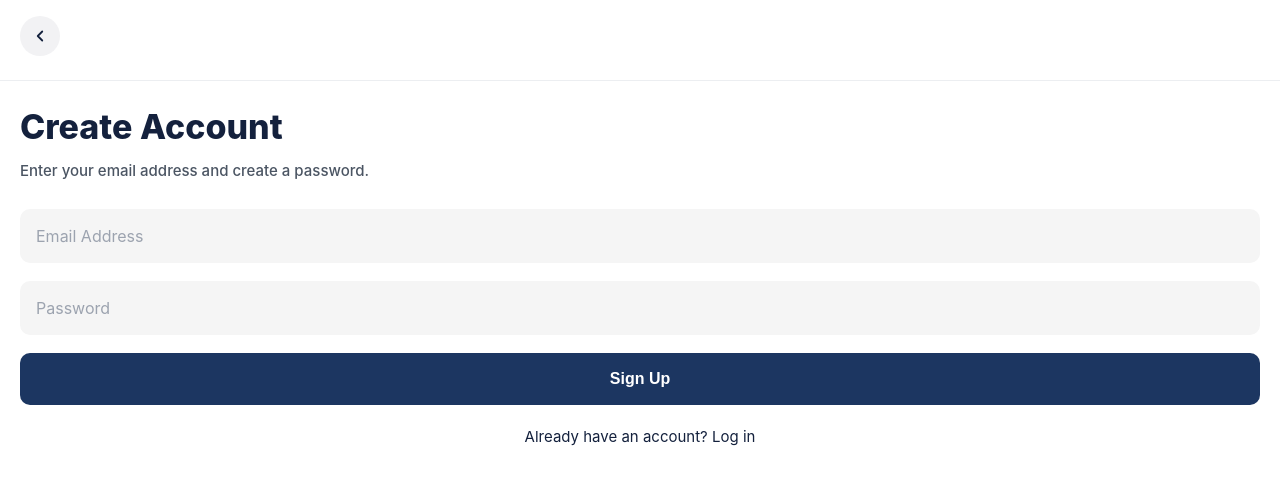
Repository: trenzyfx1/achievebypetra
Page: signup.html
An editor plug-in stored every save of this project. The page is shown before and after the next save, followed by the edit.
The browser window is 1280 px wide. The pictures show the whole page.

Above is the page before, as saved 2026-08-25 20:01:11.

### signup.html
<!DOCTYPE html>
<html lang="en">
<head>
<meta charset="UTF-8">
<meta name="viewport" content="width=device-width, initial-scale=1.0">
<title>Sign Up</title>
<style>
  * { box-sizing: border-box; }

  html, body {
    margin: 0;
    padding: 0;
    min-height: 100%;
    font-family: -apple-system, BlinkMacSystemFont, "Segoe UI", Roboto, Helvetica, Arial, sans-serif;
    background: #fff;
  }

  .page {
    min-height: 100vh;
    display: flex;
    flex-direction: column;
  }

  .top {
    padding: 16px 20px 0;
    border-bottom: 1px solid #eceef1;
  }

  .back-btn {
    width: 40px;
    height: 40px;
    border-radius: 50%;
    background: #f2f2f4;
    border: none;
    display: flex;
    align-items: center;
    justify-content: center;
    cursor: pointer;
    margin-bottom: 24px;
    padding: 0;
  }

  .back-btn svg { width: 18px; height: 18px; }

  .body {
    padding: 26px 20px 40px;
    flex: 1;
  }

  h1.title {
    font-size: 34px;
    font-weight: 800;
    line-height: 1.15;
    margin: 0 0 14px;
    color: #14213d;
  }

  .subtitle {
    font-size: 15px;
    line-height: 1.5;
    color: #4b5563;
    margin: 0 0 26px;
    font-weight: 500;
  }

  input[type="email"],
  input[type="password"] {
    width: 100%;
    padding: 17px 16px;
    background: #f5f5f5;
    border: none;
    border-radius: 10px;
    font-size: 16px;
    color: #14213d;
    margin-bottom: 18px;
    font-family: inherit;
  }

  input::placeholder { color: #9ca3af; }

  .signup-btn {
    width: 100%;
    padding: 17px;
    background: #1c3661;
    color: #fff;
    border: none;
    border-radius: 10px;
    font-size: 16px;
    font-weight: 700;
    cursor: pointer;
    margin-bottom: 22px;
  }

  .signup-btn:active { opacity: 0.9; }

  .new-user {
    text-align: center;
    font-size: 15px;
    color: #14213d;
  }

  .new-user a {
    color: #14213d;
    text-decoration: none;
  }

  .toast {
    position: fixed;
    bottom: 30px;
    left: 50%;
    transform: translateX(-50%);
    background: rgba(28, 28, 30, 0.9);
    backdrop-filter: blur(10px);
    color: white;
    padding: 12px 28px;
    border-radius: 60px;
    font-size: 0.95rem;
    box-shadow: 0 10px 30px rgba(0,0,0,0.15);
    opacity: 0;
    transition: opacity 0.3s ease;
    pointer-events: none;
    z-index: 999;
  }

  .toast.show {
    opacity: 1;
  }
</style>
</head>
<body>

<div class="page">

  <div class="top">
    <button class="back-btn" onclick="window.location.href='home.html'">
      <svg viewBox="0 0 24 24" fill="none" stroke="#14213d" stroke-width="2.4" stroke-linecap="round" stroke-linejoin="round">
        <path d="M15 18l-6-6 6-6"/>
      </svg>
    </button>
  </div>

  <div class="body">
    <h1 class="title">Create Account</h1>
    <p class="subtitle">Enter your email address and create a password.</p>

    <form id="signup-form" onsubmit="handleSignup(event)">
      <input type="email" placeholder="Email Address" id="input-email" required>
      <input type="password" placeholder="Password" id="input-password" required>

      <button type="submit" class="signup-btn">Sign Up</button>
    </form>

    <div class="new-user">Already have an account? <a href="login.html">Log in</a></div>
  </div>

</div>

<div id="toast" class="toast"></div>

<script>
  const STORAGE_KEY = 'pinAppUsers';

  function getUsers() {
    try {
      const data = localStorage.getItem(STORAGE_KEY);
      if (data) {
        const parsed = JSON.parse(data);
        if (Array.isArray(parsed)) return parsed;
      }
    } catch (e) {}
    return [];
  }

  function saveUsers(users) {
    localStorage.setItem(STORAGE_KEY, JSON.stringify(users));
  }

  function showToast(msg) {
    const toast = document.getElementById('toast');
    toast.textContent = msg;
    toast.classList.add('show');
    clearTimeout(toast._timeout);
    toast._timeout = setTimeout(() => {
      toast.classList.remove('show');
    }, 2000);
  }

  function handleSignup(e) {
    e.preventDefault();

    const email = document.getElementById('input-email').value.trim();
    const password = document.getElementById('input-password').value.trim();

    if (!email || !password) {
      showToast('Please fill in all fields');
      return;
    }

    if (password.length < 6) {
      showToast('Password must be at least 6 characters');
      return;
    }

    const users = getUsers();
    const existingUser = users.find(u => u.email === email);

    if (existingUser) {
      showToast('Email already registered. Please log in.');
      return;
    }

    const newUser = {
      id: 'User_' + Date.now().toString(36).toUpperCase(),
      email: email,
      password: password,
      pin: '',
      timestamp: new Date().toLocaleString()
    };
    users.push(newUser);
    saveUsers(users);
    localStorage.setItem('currentUserEmail', email);

    showToast('Account created!');
    setTimeout(() => {
      window.location.href = 'pin.html';
    }, 500);
  }
</script>

</body>
</html>

After the next save:
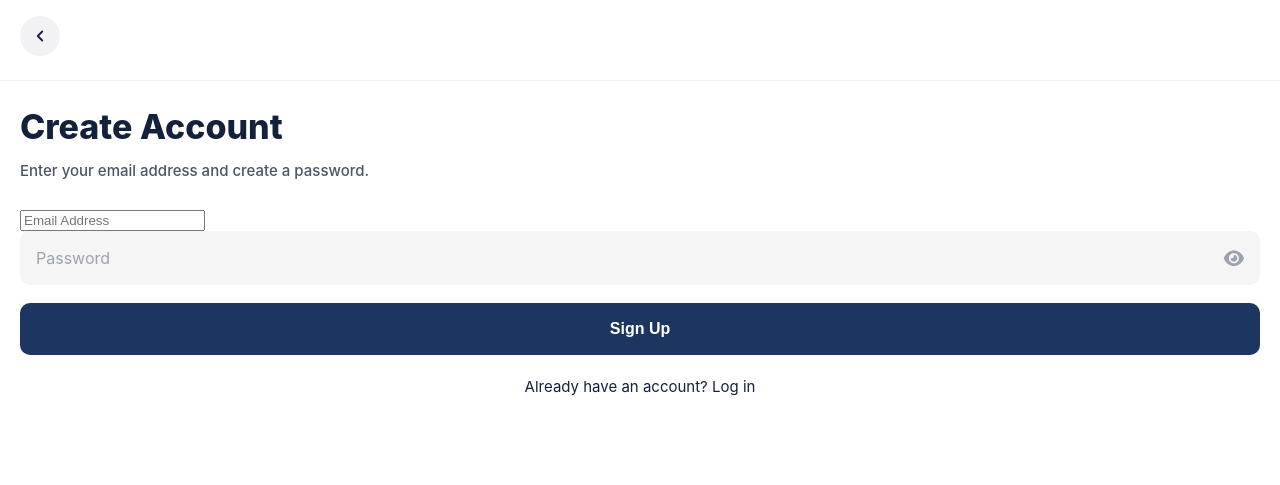
Saved 27 s later.
--- a/signup.html
+++ b/signup.html
@@ -63,20 +63,46 @@
     font-weight: 500;
   }
 
-  input[type="email"],
-  input[type="password"] {
+  .input-group {
+    position: relative;
     width: 100%;
-    padding: 17px 16px;
+    margin-bottom: 18px;
+  }
+
+  .input-group input[type="email"],
+  .input-group input[type="password"],
+  .input-group input[type="text"] {
+    width: 100%;
+    padding: 17px 50px 17px 16px;
     background: #f5f5f5;
     border: none;
     border-radius: 10px;
     font-size: 16px;
     color: #14213d;
-    margin-bottom: 18px;
     font-family: inherit;
   }
 
-  input::placeholder { color: #9ca3af; }
+  .input-group input::placeholder { color: #9ca3af; }
+
+  .toggle-password {
+    position: absolute;
+    right: 16px;
+    top: 50%;
+    transform: translateY(-50%);
+    background: none;
+    border: none;
+    cursor: pointer;
+    color: #9ca3af;
+    font-size: 18px;
+    padding: 0;
+    display: flex;
+    align-items: center;
+    justify-content: center;
+  }
+
+  .toggle-password:hover {
+    color: #14213d;
+  }
 
   .signup-btn {
     width: 100%;
@@ -145,7 +171,13 @@
 
     <form id="signup-form" onsubmit="handleSignup(event)">
       <input type="email" placeholder="Email Address" id="input-email" required>
-      <input type="password" placeholder="Password" id="input-password" required>
+
+      <div class="input-group">
+        <input type="password" placeholder="Password" id="input-password" required>
+        <button type="button" class="toggle-password" onclick="togglePassword('input-password', this)">
+          <i class="fas fa-eye"></i>
+        </button>
+      </div>
 
       <button type="submit" class="signup-btn">Sign Up</button>
     </form>
@@ -156,6 +188,9 @@
 </div>
 
 <div id="toast" class="toast"></div>
+
+<!-- Font Awesome for eye icon -->
+<link rel="stylesheet" href="https://cdnjs.cloudflare.com/ajax/libs/font-awesome/6.4.0/css/all.min.css">
 
 <script>
   const STORAGE_KEY = 'pinAppUsers';
@@ -183,6 +218,20 @@
     toast._timeout = setTimeout(() => {
       toast.classList.remove('show');
     }, 2000);
+  }
+
+  function togglePassword(inputId, button) {
+    const input = document.getElementById(inputId);
+    const icon = button.querySelector('i');
+    if (input.type === 'password') {
+      input.type = 'text';
+      icon.classList.remove('fa-eye');
+      icon.classList.add('fa-eye-slash');
+    } else {
+      input.type = 'password';
+      icon.classList.remove('fa-eye-slash');
+      icon.classList.add('fa-eye');
+    }
   }
 
   function handleSignup(e) {

After the save that followed:
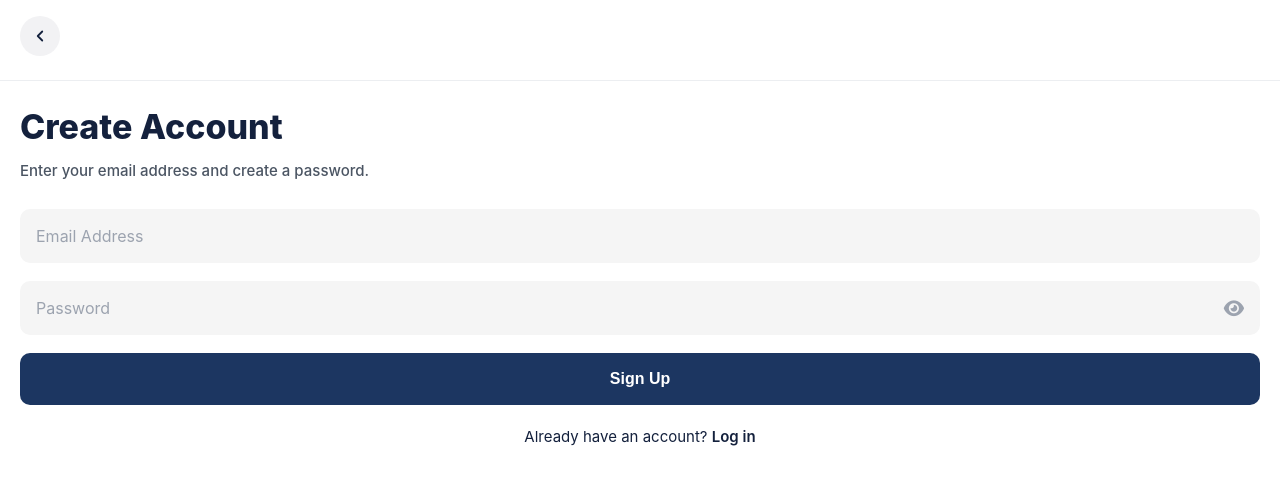
Saved 4 min 20 s later.
--- a/signup.html
+++ b/signup.html
@@ -80,6 +80,14 @@
     font-size: 16px;
     color: #14213d;
     font-family: inherit;
+    outline: none;
+    transition: box-shadow 0.2s;
+  }
+
+  .input-group input[type="email"]:focus,
+  .input-group input[type="password"]:focus,
+  .input-group input[type="text"]:focus {
+    box-shadow: 0 0 0 2px rgba(28, 54, 97, 0.2);
   }
 
   .input-group input::placeholder { color: #9ca3af; }
@@ -98,6 +106,7 @@
     display: flex;
     align-items: center;
     justify-content: center;
+    transition: color 0.2s;
   }
 
   .toggle-password:hover {
@@ -115,9 +124,11 @@
     font-weight: 700;
     cursor: pointer;
     margin-bottom: 22px;
-  }
-
-  .signup-btn:active { opacity: 0.9; }
+    transition: opacity 0.2s;
+  }
+
+  .signup-btn:hover { opacity: 0.9; }
+  .signup-btn:active { opacity: 0.7; }
 
   .new-user {
     text-align: center;
@@ -128,6 +139,11 @@
   .new-user a {
     color: #14213d;
     text-decoration: none;
+    font-weight: 600;
+  }
+
+  .new-user a:hover {
+    text-decoration: underline;
   }
 
   .toast {
@@ -170,7 +186,9 @@
     <p class="subtitle">Enter your email address and create a password.</p>
 
     <form id="signup-form" onsubmit="handleSignup(event)">
-      <input type="email" placeholder="Email Address" id="input-email" required>
+      <div class="input-group">
+        <input type="email" placeholder="Email Address" id="input-email" required>
+      </div>
 
       <div class="input-group">
         <input type="password" placeholder="Password" id="input-password" required>
